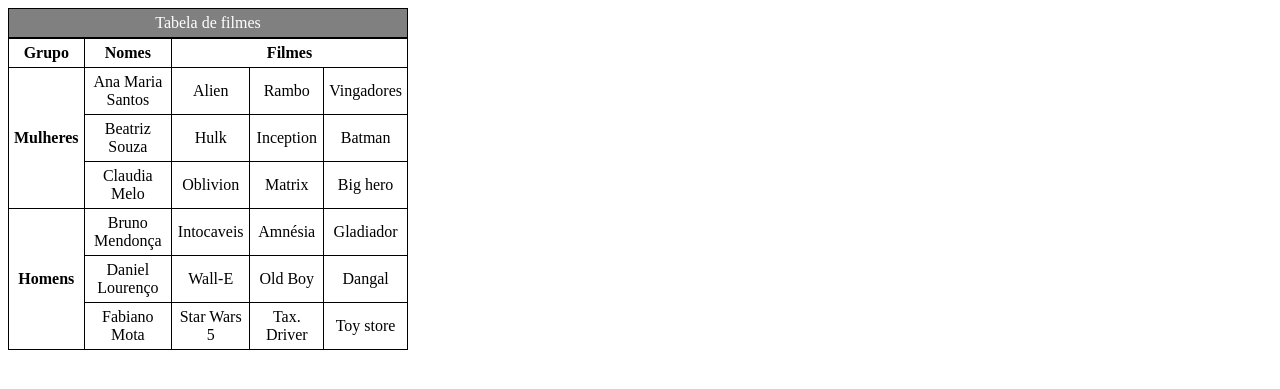
Repository: Lucianorodriguesdev/cursoHTML-CSS
Page: ex023/tabelas/index.html
These files come from the project's save history. The page is drawn as it stood at one moment and after the next save; the edit follows.
The browser window is 1280 px wide. The pictures show the whole page.

Above is the page before, as saved 2026-06-23 22:33:13.

### ex023/tabelas/index.html
<!DOCTYPE html>
<html lang="pt-br">
<head>
    <meta charset="UTF-8">
    <meta name="viewport" content="width=device-width, initial-scale=1.0">
    <title>Trabalhando com tabelas</title>
    <style>
        table{
            border: 1px solid black;
            width: 400px;
            border-collapse: collapse;
        }
        td,th{
            border: 1px solid black;
            padding: 5px;
            text-align: center;
        }


        caption{
             border: 1px solid black;
            padding: 5px;
            text-align: center;
            background-color: gray;
            color: white;
        }
    </style>
</head>
<body>
    <table>
        <caption>Tabela de filmes</caption>
        <thead>
            <tr>
                <th>Grupo</th>
                <th>Nomes</th>
                <th colspan="3">Filmes</th>
            </tr>
        </thead>
        <tbody>
            <tr>
                <th rowspan="3">Mulheres</th>
                <td>Ana Maria Santos</td>
                <td>Alien</td>
                <td>Rambo</td>
                <td>Vingadores</td>
            </tr>
            <tr>
                <td>Beatriz Souza </td>
                <td>Hulk</td>
                <td>Inception</td>
                <td>Batman</td>
            </tr>
            <tr>
                <td>Claudia Melo </td>
                <td>Oblivion</td>
                <td>Matrix</td>
                <td>Big hero</td>
            </tr>
            <tr>
                <th rowspan="3">Homens</th>
                <td>Bruno Mendonça</td>
                <td>Intocaveis</td>
                <td>Amnésia</td>
                <td>Gladiador</td>

            </tr>
            <tr>
                <td>Daniel Lourenço</td>
                <td>Wall-E</td>
                <td>Old Boy</td>
                <td>Dangal</td>


            </tr>
            <tr>
                <td >Fabiano Mota</td>
                <td>Star Wars 5</td>
                <td>Tax. Driver</td>
                <td>Toy store</td>


            </tr>
        </tbody>
    </table>

</body>
</html>

After the next save:
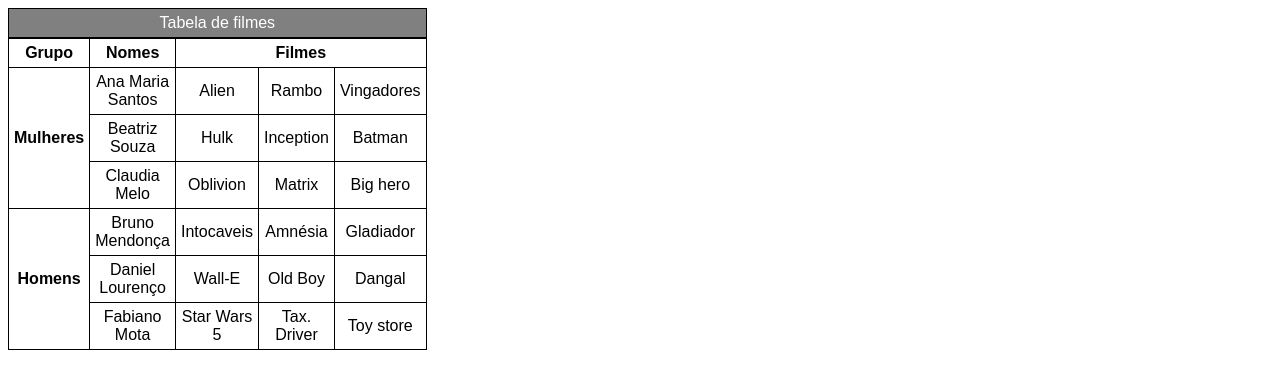
Saved 4 min 39 s later.
--- a/ex023/tabelas/index.html
+++ b/ex023/tabelas/index.html
@@ -5,6 +5,9 @@
     <meta name="viewport" content="width=device-width, initial-scale=1.0">
     <title>Trabalhando com tabelas</title>
     <style>
+        body{
+            font-family: Arial, Helvetica, sans-serif;
+        }
         table{
             border: 1px solid black;
             width: 400px;
